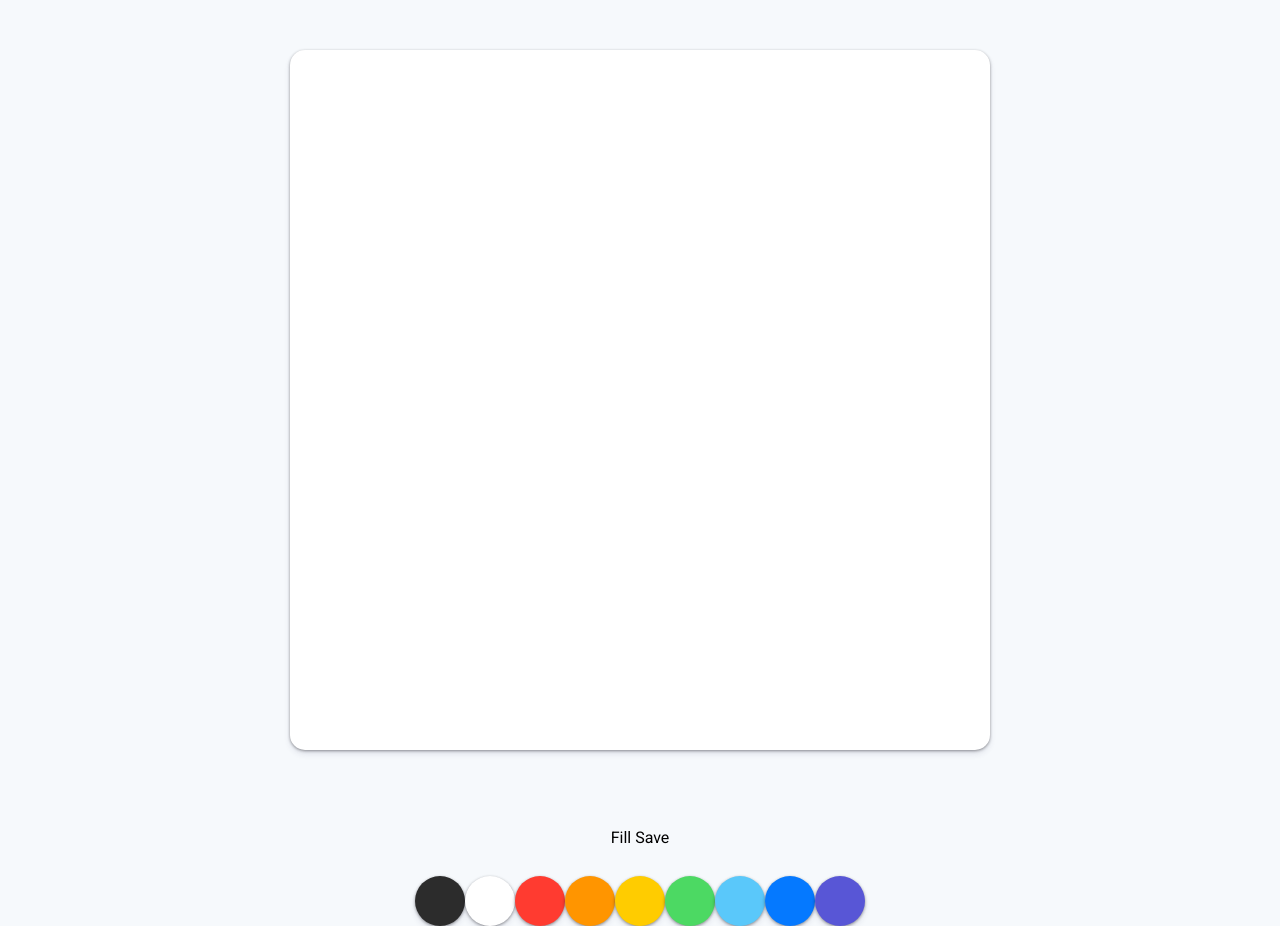
Repository: haleyjung/paintjs
Page: index.html
These files come from the project's save history. The page is drawn as it stood at one moment and after a run of saves; the edit follows.
The browser window is 1280 px wide. The pictures show the whole page.

Above is the page before, as saved 2020-11-24 22:56:09.

### index.html
<!DOCTYPE html>
<html lang="en">
<head>
    <meta charset="UTF-8">
    <meta name="viewport" content="width=device-width, initial-scale=1.0">
    <link rel="stylesheet" href="style.css" />
    <title>PaintJS</title>
</head>
<body>

    <canvas id="jsCanvas" class="canvas"></canvas>

    <div class="controls">

        <!-- Buttons -->
        <div class="controls__btns">
            <button id="jsMode">Fill</button>
            <button id="jsSave">Save</button>
        </div>

        <!-- Paint -->
        <div class="controls__colors" id="jsColors">
            <div class="controls__color" style="background-color:#2c2c2c"></div>
            <div class="controls__color" style="background-color:white"></div>
            <div class="controls__color" style="background-color:#ff3b30"></div>
            <div class="controls__color" style="background-color:#ff9500"></div>
            <div class="controls__color" style="background-color:#ffcc00"></div>
            <div class="controls__color" style="background-color:#4cd963"></div>
            <div class="controls__color" style="background-color:#5ac8fa"></div>
            <div class="controls__color" style="background-color:#0579ff"></div>
            <div class="controls__color" style="background-color:#5856d6"></div>
        </div>

    </div>

    <script src="app.js"></script>
</body>
</html>

### style.css
@import "reset.css";
@import url("https://fonts.googleapis.com/css2?family=Roboto:wght@300;400;500;700&display=swap");

body {
  background-color: #f6f9fc;
  font-family: "Roboto", sans-serif;
  display: flex;
  flex-direction: column;
  align-items: center;
  padding-top: 50px;
}

.canvas {
  width: 700px;
  height: 700px;
  background-color: white;
  border-radius: 15px;
  box-shadow: 0 4px 6px rgba(50, 50, 93, 0.11), 0 1px 3px rgba(0, 0, 0, 0.4);
}

.controls {
  margin-top: 80px;
  display: flex;
  flex-direction: column;
  align-items: center;
}

.controls .controls__btns {
  margin-bottom: 30px;
}

.controls__btns button {
  all: unset;
}

.controls .controls__colors {
  display: flex;
}

.controls__colors .controls__color {
  width: 50px;
  height: 50px;
  border-radius: 50%;
  cursor: pointer;
  box-shadow: 0 4px 6px rgba(50, 50, 93, 0.11), 0 1px 3px rgba(0, 0, 0, 0.4);
}

Loaded but not shown: reset.css (common file); app.js (no copy from this time; the picture is the same without it)

After the next 2 saves:
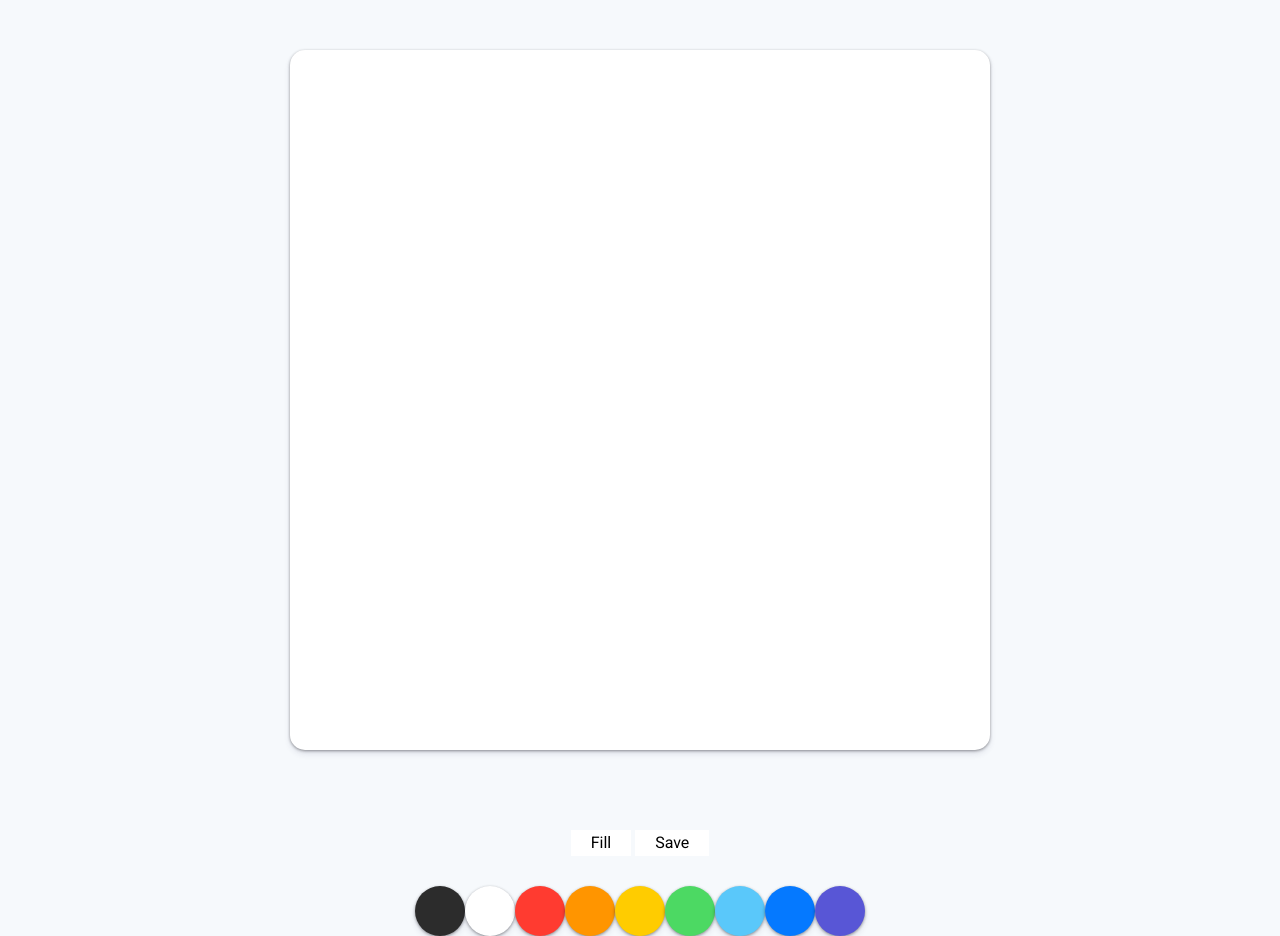
The 2 saves are shown as one change because they came seconds apart.
The last was saved 14 s later.
--- a/style.css
+++ b/style.css
@@ -31,6 +31,9 @@ body {
 
 .controls__btns button {
   all: unset;
+  cursor: pointer;
+  background-color: white;
+  padding: 5px 20px;
 }
 
 .controls .controls__colors {
